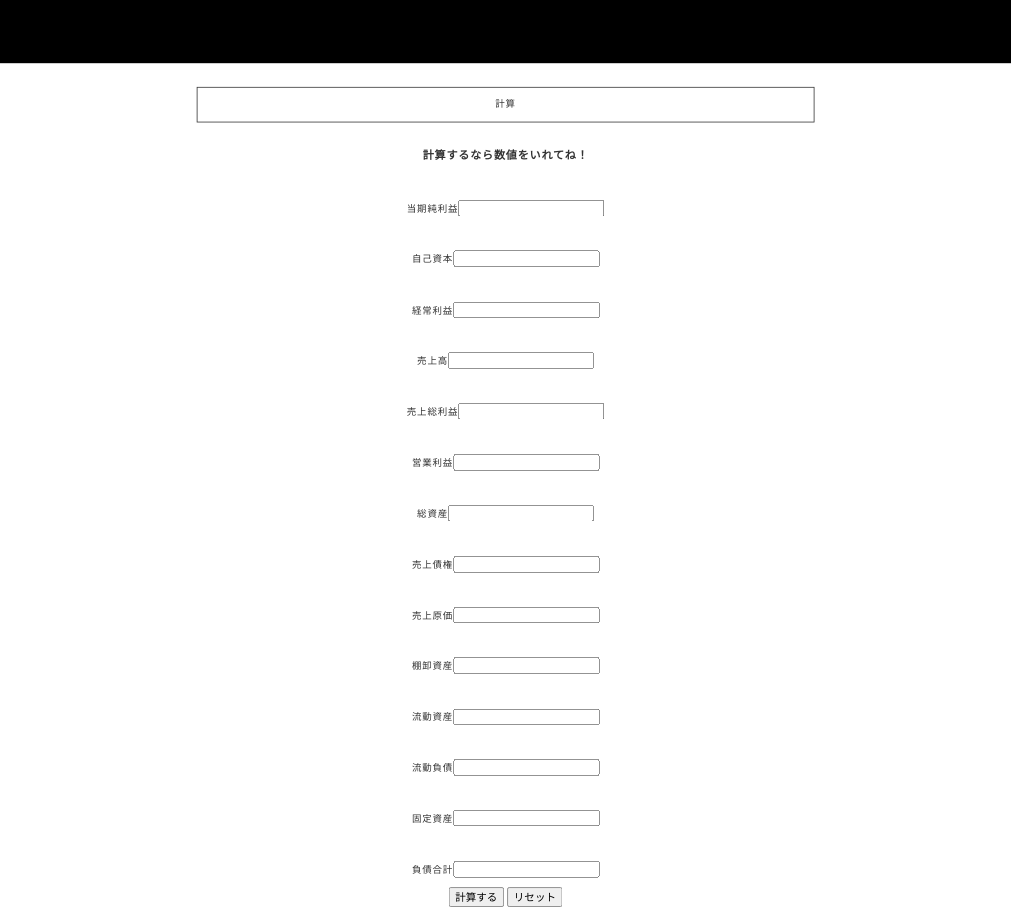
Repository: HattoriKotaro19920408/Keisanchan
Page: http://localhost/Keisanchan/
These files come from the project's save history. The page is drawn as it stood at one moment and after a run of saves; the edit follows.
The browser window is 1280 px wide. The pictures show the whole page, at 79% of full size.
The page is served by Tomcat 9. Other server files are loaded and not shown.

Above is the page before, as saved 2018-08-16 08:09:19.

### Keisanchan/WebContent/keisan.jsp
<%@ page language="java" contentType="text/html; charset=UTF-8"
    pageEncoding="UTF-8"%>
<%@ taglib prefix="s" uri="/struts-tags" %>
<!DOCTYPE html>
<html>
<head>
<meta charset="utf-8" />
<meta http-equiv="Content-Style-Type" content="text/css" />
<meta http-equiv="Content-Script-Type" content="text/javascript" />
<meta http-equiv="imagetoolbar" content="no" />
<meta name="description" content="" />
<meta name="keywords" content="" />

<title>計算画面</title>
<style type="text/css">
 body{
      margin:0;
      padding:0;
      line-height:1.6;
      letter-spacing:1px;
      font-family:Verdana, Helvetica, sans-serif;
      font-size:12px;
      color:#333;
      background:#fff;
   }
   table{
     text-align:center;
     margin:o auto;
   }

   #top{
     width:780px;
     margin:30px auto;
     border:1px solid #333;
   }
   #header{
     width:100%;
     height:80px;
     background-color:black;
   }
   #main{
     width:100%;
     height:500px;
     text-align:center;
   }
   #footer{
     width:100%;
     height:80px;
     background-color:black;
     clear:both;
   }
   #text-center{
      display:inline-block;
      text-align:center;
   }

</style>
</head>
<body>
<div id="header">
        <div id="pr">
        </div>
</div>
<div id = "main">
       <div id="top">
          <p>計算</p>
       </div>
       <div>
        <h3>計算するなら数値をいれてね！</h3>

       <br/>

 <s:form action="KeisanAction">
<p>当期純利益<input type="number" name="toki" value=""><p/>
<br><p>自己資本<input type="number" name="zikoshi" value=""></p>
<br><p>経常利益<input type="number" name="keijo" value=""></p>
<br><p>売上高<input type="number" name="uriage" value=""></p>
<br><p>売上総利益<input type="number" name="uriage_sori" value=""></p>
<br><p>営業利益<input type="number" name="eigyo" value=""></p>
<br><p>総資産<input type="number" name="total_assets" value=""></p>
<br><p>売上債権<input type="number" name="uriage_saiken" value=""></p>
<br><p>売上原価<input type="number" name="uriage_genka" value=""></p>
<br><p>棚卸資産<input type="number" name="tana" value=""></p>
<br><p>流動資産<input type="number" name="ryudo_assets" value=""></p>
<br><p>流動負債<input type="number" name="ryudo_fusai" value=""></p>
<br><p>固定資産<input type="number" name="kotei_assets" value=""></p>
<br><p>負債合計<input type="number" name="total_fusai" value=""></p>




<p><input type="submit" value="計算する"> <input type="reset" value="リセット"></p>

</s:form>

       <div id="text-link">

       </div>
       </div>
   </div>
</body>
</html>

After the next 2 saves:
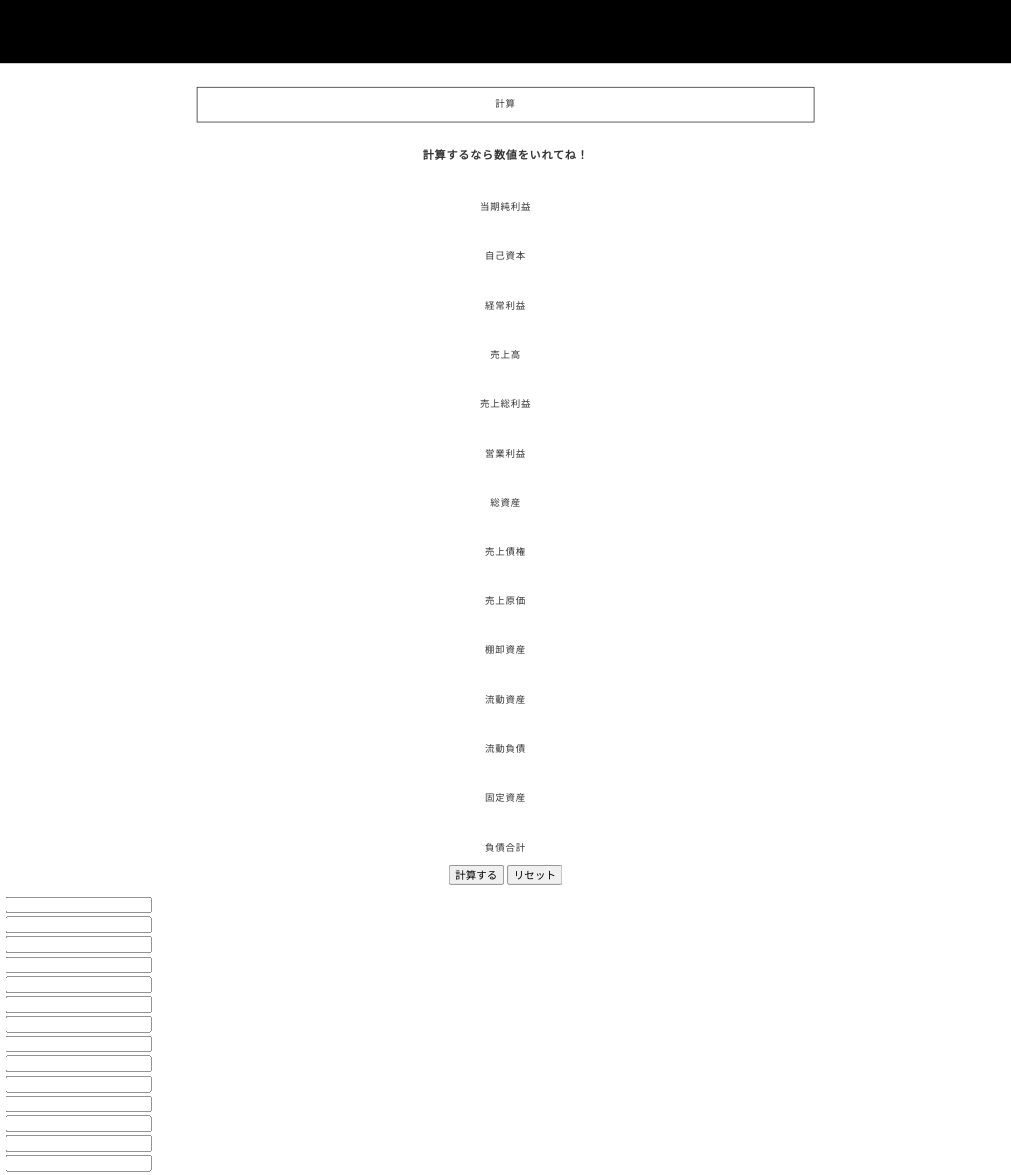
The 2 saves are shown as one change because 1 did not build or start.
The last was saved 3 min 17 s later.
--- a/Keisanchan/WebContent/keisan.jsp
+++ b/Keisanchan/WebContent/keisan.jsp
@@ -71,20 +71,20 @@
        <br/>
 
  <s:form action="KeisanAction">
-<p>当期純利益<input type="number" name="toki" value=""><p/>
-<br><p>自己資本<input type="number" name="zikoshi" value=""></p>
-<br><p>経常利益<input type="number" name="keijo" value=""></p>
-<br><p>売上高<input type="number" name="uriage" value=""></p>
-<br><p>売上総利益<input type="number" name="uriage_sori" value=""></p>
-<br><p>営業利益<input type="number" name="eigyo" value=""></p>
-<br><p>総資産<input type="number" name="total_assets" value=""></p>
-<br><p>売上債権<input type="number" name="uriage_saiken" value=""></p>
-<br><p>売上原価<input type="number" name="uriage_genka" value=""></p>
-<br><p>棚卸資産<input type="number" name="tana" value=""></p>
-<br><p>流動資産<input type="number" name="ryudo_assets" value=""></p>
-<br><p>流動負債<input type="number" name="ryudo_fusai" value=""></p>
-<br><p>固定資産<input type="number" name="kotei_assets" value=""></p>
-<br><p>負債合計<input type="number" name="total_fusai" value=""></p>
+<p>当期純利益<s:textfield name="toki" value=""/><p/>
+<br><p>自己資本<s:textfield name="zikoshi" value=""/></p>
+<br><p>経常利益<s:textfield name="keijo" value=""/></p>
+<br><p>売上高<s:textfield name="uriage" value=""/></p>
+<br><p>売上総利益<s:textfield name="uriage_sori" value=""/></p>
+<br><p>営業利益<s:textfield name="eigyo" value=""/></p>
+<br><p>総資産<s:textfield name="total_assets" value=""/></p>
+<br><p>売上債権<s:textfield name="uriage_saiken" value=""/></p>
+<br><p>売上原価<s:textfield name="uriage_genka" value=""/></p>
+<br><p>棚卸資産<s:textfield name="tana" value=""/></p>
+<br><p>流動資産<s:textfield name="ryudo_assets" value=""/></p>
+<br><p>流動負債<s:textfield name="ryudo_fusai" value=""/></p>
+<br><p>固定資産<s:textfield name="kotei_assets" value=""/></p>
+<br><p>負債合計<s:textfield name="total_fusai" value=""/></p>
 
 
 

After the save that followed:
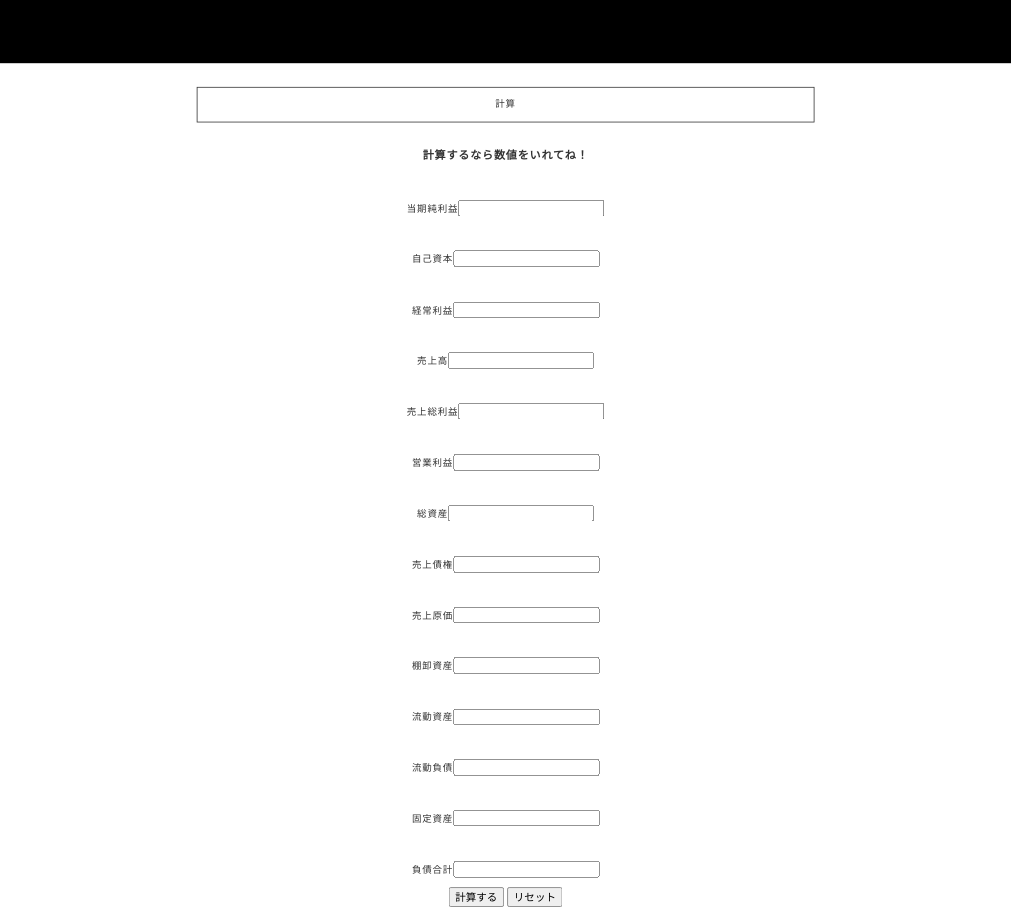
Saved 75 s later.
--- a/Keisanchan/WebContent/keisan.jsp
+++ b/Keisanchan/WebContent/keisan.jsp
@@ -71,20 +71,20 @@
        <br/>
 
  <s:form action="KeisanAction">
-<p>当期純利益<s:textfield name="toki" value=""/><p/>
-<br><p>自己資本<s:textfield name="zikoshi" value=""/></p>
-<br><p>経常利益<s:textfield name="keijo" value=""/></p>
-<br><p>売上高<s:textfield name="uriage" value=""/></p>
-<br><p>売上総利益<s:textfield name="uriage_sori" value=""/></p>
-<br><p>営業利益<s:textfield name="eigyo" value=""/></p>
-<br><p>総資産<s:textfield name="total_assets" value=""/></p>
-<br><p>売上債権<s:textfield name="uriage_saiken" value=""/></p>
-<br><p>売上原価<s:textfield name="uriage_genka" value=""/></p>
-<br><p>棚卸資産<s:textfield name="tana" value=""/></p>
-<br><p>流動資産<s:textfield name="ryudo_assets" value=""/></p>
-<br><p>流動負債<s:textfield name="ryudo_fusai" value=""/></p>
-<br><p>固定資産<s:textfield name="kotei_assets" value=""/></p>
-<br><p>負債合計<s:textfield name="total_fusai" value=""/></p>
+<p>当期純利益<input type="number" name="toki" value=""><p/>
+<br><p>自己資本<input type="number" name="zikoshi" value=""></p>
+<br><p>経常利益<input type="number" name="keijo" value=""></p>
+<br><p>売上高<input type="number" name="uriage" value=""></p>
+<br><p>売上総利益<input type="number" name="uriage_sori" value=""></p>
+<br><p>営業利益<input type="number" name="eigyo" value=""></p>
+<br><p>総資産<input type="number" name="total_assets" value=""></p>
+<br><p>売上債権<input type="number" name="uriage_saiken" value=""></p>
+<br><p>売上原価<input type="number" name="uriage_genka" value=""></p>
+<br><p>棚卸資産<input type="number" name="tana" value=""></p>
+<br><p>流動資産<input type="number" name="ryudo_assets" value=""></p>
+<br><p>流動負債<input type="number" name="ryudo_fusai" value=""></p>
+<br><p>固定資産<input type="number" name="kotei_assets" value=""></p>
+<br><p>負債合計<input type="number" name="total_fusai" value=""></p>
 
 
 
